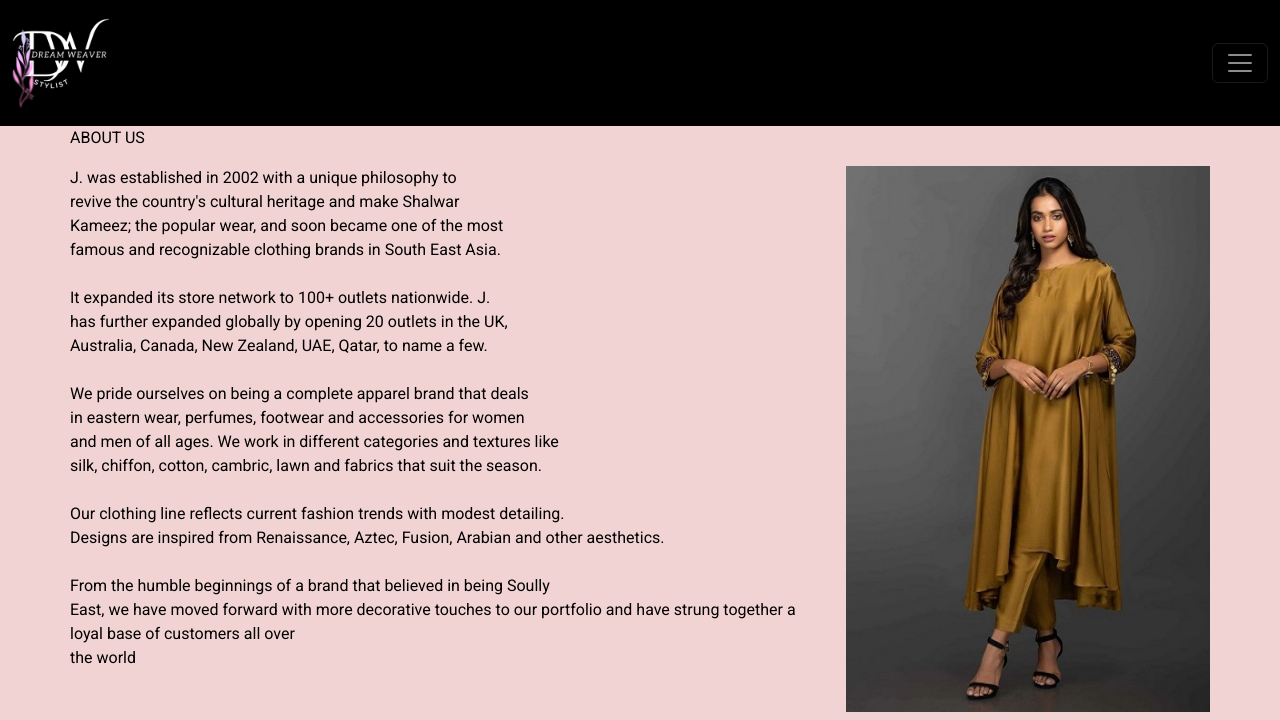
Repository: laibaashraf90/dreamweaver
Page: Source Code/detail.html
An editor plug-in stored every save of this project. The page is shown before and after a run of saves, followed by the edit.
The browser window is 1280 px wide. The pictures show the whole page.

Above is the page before, as saved 2022-10-29 17:27:38.
Console error: TypeError: Cannot set properties of null (setting 'innerHTML')

### Source Code/detail.html
<!DOCTYPE html>
<html lang="en">
  <head>
    <meta charset="UTF-8">
    <meta http-equiv="X-UA-Compatible" content="IE=edge">
    <meta name="viewport" content="width=device-width, initial-scale=1.0">
    <title>Document</title>
    <link rel="stylesheet" href="./bootstrap-5.2.2-dist/css/bootstrap.min.css">
    <link rel="stylesheet"
      href="https://cdnjs.cloudflare.com/ajax/libs/font-awesome/6.2.0/css/all.min.css">
    <link rel="stylesheet" href="style.css">
  </head>
  <body>
    <!-- Swiper Style start -->

    <!-- Demo styles -->
    <style>
      *{
        margin: 0;
        padding: 0;
      }
       html,

    body {
      position: relative;
      /* height: 100%; */
    }

    body {
      background: #f2d3d3;
      font-family: Helvetica Neue, Helvetica, Arial, sans-serif;
      /* font-size: 14px; */
      color: black;
      margin: 0;
      padding: 0;
    }

    .card {
      color: white;
      font-weight: bold;
      text-align: center;
    }

    .png {
      width: 100px;
      height: 100px;
      margin-bottom: 60%;
    }
 h1{
  background-color: #0B3F32;
    font-size: 30px;
    text-align: center;
    align-items: baseline;
    height: 40px;
    color: aliceblue;
    margin-top: 50px;
    margin-left: 130px;
    width: 50%;
    font-family: Cambria, Cochin, Georgia, Times, 'Times New Roman', serif;
 }
 /* .picdiv{
  background-color: #f2d3d3;
  margin-top: 60px;
  margin-left: 550px;
margin-bottom: 10px;
 } */
    </style>
    <!-- Nav Bar Start -->
    <nav></nav>
    <!-- Nav Bar End -->

    <div class="container p-sm-0 p-2">
      <p class="headingAbout">ABOUT US <br></p>

      <div class="row">
        <div class="col-sm-8 m-0">
          <p class="m-0">J. was established in 2002 with a unique philosophy to<br>
            revive
            the country's cultural heritage and make
            Shalwar<br>Kameez; the popular wear, and soon became one of the most<br>famous
            and recognizable clothing
            brands in South East Asia.
            <br>
            <br>
            It expanded its store network to 100+ outlets nationwide. J.<br>has
            further expanded globally by opening 20
            outlets in the UK,<br>Australia, Canada, New Zealand, UAE, Qatar, to
            name a few.
            <br>
            <br>
            We pride ourselves on being a complete apparel brand that deals<br>in
            eastern wear, perfumes, footwear and
            accessories for women<br>and men of all ages. We work in different
            categories and textures like<br>silk,
            chiffon, cotton, cambric, lawn and fabrics that suit the season.
            <br>
            <br>
            Our clothing line reflects current fashion trends with modest
            detailing.<br>Designs are inspired from
            Renaissance, Aztec, Fusion, Arabian and other aesthetics.
            <br>
            <br>
            From the humble beginnings of a brand that believed in being Soully<br>East,
            we have moved forward with
            more decorative touches to our portfolio and have strung together a
            loyal base of customers all over<br>the
            world
          </p>
        </div>
        <div class="col-sm-4">
          <img style="width: 100%;" src="./imges/s1.jpg" alt="">
        </div>
      </div>
    </div>



    <!-- <div class="con">
      <div class="para">
        <h1>ABOUT US <br></h1>
        <h2>J. was established in 2002 with a unique philosophy to<br> revive
          the country's cultural heritage and make
          Shalwar<br>Kameez; the popular wear, and soon became one of the most<br>famous
          and recognizable clothing
          brands in South East Asia.
          <br>
          <br>
          It expanded its store network to 100+ outlets nationwide. J.<br>has
          further expanded globally by opening 20
          outlets in the UK,<br>Australia, Canada, New Zealand, UAE, Qatar, to
          name a few.
          <br>
          <br>
          We pride ourselves on being a complete apparel brand that deals<br>in
          eastern wear, perfumes, footwear and
          accessories for women<br>and men of all ages. We work in different
          categories and textures like<br>silk,
          chiffon, cotton, cambric, lawn and fabrics that suit the season.
          <br>
          <br>
          Our clothing line reflects current fashion trends with modest
          detailing.<br>Designs are inspired from
          Renaissance, Aztec, Fusion, Arabian and other aesthetics.
          <br>
          <br>
          From the humble beginnings of a brand that believed in being Soully<br>East,
          we have moved forward with
          more decorative touches to our portfolio and have strung together a
          loyal base of customers all over<br>the
          world
        </h2>
      </div>
      <div class="silk">
        <img src="./imges/s1.jpg" alt="">
      </div>
    </div> -->
    <!-- <div class="smallcard">
      <div class="div1"><img src="./imges/t1.jpg" alt=""></div>
      <div class="picdiv"><img src="./imges/t6.jpg" alt=""></div>
      <div class="div2"><img src="./imges/t2.jpg" alt=""></div>
      <div class="div3"><img src="./imges/thread.jpg" alt=""></div>
      <div class="div4"><img src="./imges/t4.jpg" alt=""></div>
      <div class="div5"><img src="./imges/t3.jpg" alt=""></div>
    </div> -->
    <!-- Footer Start -->
    <!-- <footer></footer> -->
    <!-- Footer End -->
    <script src="./bootstrap-5.2.2-dist/js/bootstrap.min.js"></script>
    <script src="js/header.js"></script>
    <script src="js/footer.js"></script>
  </body>
</html>

### Source Code/style.css
@import url('https://fonts.googleapis.com/css2?family=Roboto&display=swap');
*{
    user-select: none;
    box-sizing: border-box;
    margin: 0;
    padding: 0;
    transition: all 0.3s ease;
    text-decoration: none !important;
    font-family: 'Roboto', sans-serif;
}
html{
    scroll-behavior: smooth;
}
body{
    background-color: rgb(245, 208, 214);
}
nav{
    background-color: black !important;
}
nav .logo{
    width: 100px;
}
nav .navbar-toggler:focus{
    box-shadow: none;
}
.nav1{
    background-color: #0B3F32;
    margin-top: 50px;
    font-size: 25px;
    text-align: center;
    align-items: baseline;
    height: 40px;
    color: aliceblue;
    margin-left: 20px;
    margin-right: 20px;
    font-family: Cambria, Cochin, Georgia, Times, 'Times New Roman', serif;
}
.nav2{
    background-color: #0B3F32;
    font-size: 25px;
    text-align: center;
    align-items: baseline;
    height: 40px;
    color: aliceblue;
    margin-top: 40px;
    margin-left: 20px;
    margin-right: 20px;
    font-family: Cambria, Cochin, Georgia, Times, 'Times New Roman', serif;

}
.nav3{
    background-color: #0B3F32;
    font-size: 25px;
    text-align: center;
    align-items: baseline;
    height: 40px;
    color: aliceblue;
    margin-top: 50px;
    margin-left: 20px;
    margin-right: 20px;
    font-family: Cambria, Cochin, Georgia, Times, 'Times New Roman', serif;
}
.nav4{
    background-color: #0B3F32;
    font-size: 25px;
    text-align: center;
    align-items: baseline;
    height: 40px;
    color: aliceblue;
    margin-top: 40px;
    margin-left: 20px;
    margin-right: 20px;
    font-family: Cambria, Cochin, Georgia, Times, 'Times New Roman', serif;
}
.nav5{
    background-color: #0B3F32;
    font-size: 25px;
    text-align: center;
    align-items: baseline;
    height: 40px;
    color: aliceblue;
    margin-top: 40px;
    margin-left: 20px;
    margin-right: 20px;
    font-family: Cambria, Cochin, Georgia, Times, 'Times New Roman', serif;
}
.nav6{
    background-color: #0B3F32;
    font-size: 25px;
    text-align: center;
    align-items: baseline;
    height: 40px;
    color: aliceblue;
    margin-top: 40px;
    margin-left: 20px;
    margin-right: 20px;
    font-family: Cambria, Cochin, Georgia, Times, 'Times New Roman', serif;
}
h5{
    color: black;
    font-size: 30px;
    font-weight: bolder;
    font-family: Cambria, Cochin, Georgia, Times, 'Times New Roman', serif;

}
.BTN1{
  font-size: large;
    background-color:#0B3F32;
    font-weight: bold;
    font-family:Cambria, Cochin, Georgia, Times, 'Times New Roman', serif;
}
.BTN2{
    background-color:#0B3F32;
    font-size: large;
    font-weight: bold;
    font-family:Cambria, Cochin, Georgia, Times, 'Times New Roman', serif;
    color: white;
}
.BTN1:hover{
background-color: #0B3F32;
font-family: monospace;
}
.BTN2:hover{
    background-color: #0B3F32;
    font-family: monospace;
    font-size: large;
    font-weight: bold;
    color: white;
}
.cardsection{
    border-radius: 10px;
    background-color: white;
    background: rgba( 255, 255, 255, 0.25 );
    box-shadow: 0 8px 32px 0 rgba( 31, 38, 135, 0.37 );
    backdrop-filter: blur( 4px );
    -webkit-backdrop-filter: blur( 4px );
    border-radius: 10px;
    border: 1px solid rgba( 255, 255, 255, 0.18 );
}
.text-center{
    size: 100%;
    color:gray;
    text-align: center;
}
.star1:hover{
    color: gold;
}
.star2:hover{
    color: gold;
}
.star3:hover{
    color: gold;
}
.star4:hover{
    color: gold;
}
.star5:hover{
    color: gold;
}
.star6:hover{
    color: gold;
}
.card-title{
    text-align: center;
    font-size: 20px;
}
.text-center1{
    text-align: center;
 font-size: 30px;
 font-family: Cambria, Cochin, Georgia, Times, 'Times New Roman', serif;
}
.card-img-top {
    border-radius: 20px;
    margin-top: 5%;
}
.home{
    transition: 2s;
}
.home:hover{
transform: scale(1.2);
/*(150% zoom - Note: if the zoom is too large, it will go outside of the viewport)*/
}




.con{
    display: grid;
    grid-template-columns: 1fr 1fr ;
    grid-template-rows: 300px 300px ;
}
.silk{
    width: 50%;
    height: 600px;
    margin-top: 150px;
    margin-left: 0px;
}
h1{
    background-color: #0B3F32;
margin-top: 60px;
    text-align: center;
    font-family: Cambria, Cochin, Georgia, Times, 'Times New Roman', serif;
    font-weight: bold;
    font-size: 25px;
}
h2{
    width: 550px;
    margin-top: 60px;
    font-size: medium;
    font-weight:bold;
    font-family: Cambria, Cochin, Georgia, Times, 'Times New Roman', serif;
}
.div1{
    background-color: #0B3F32;
    width: 150px;
    height: 100px;
margin-top: 10px;
}
.div2{
    background-color: #0B3F32;
    width: 150px;
    height: 100px;
margin-top: -470px;
}
.div3{
    background-color: #0B3F32;
    width: 150px;
    height: 100px;
margin-top: 25px;
}
.div4{
    background-color: #0B3F32;
    width: 150px;
    height: 100px;
margin-top: 20px;
}
.div5{
    background-color: #0B3F32;
    width: 150px;
    height: 100px;
margin-top: 25px;
margin-bottom: 20px;
}

.pic{
background-color: #0B3F32;
width: 660%;
height: 600px;
margin-top:-600px;
margin-left:670px;
}
footer{
    background: #0B3F32 ;
}
footer .logo{
    width: 120px;
    border-radius: 10px;
    box-shadow: 0 5px 10px rgba(0, 0, 0, 0.8);
}
footer .title{
    font-size: 2.0em;
    font-weight: bold;
    color: #fff;
    text-transform: uppercase;
}
footer .desc{
    margin-left: 10px;
    text-align: justify;
    font-weight: bold;
    color: rgba(214, 214, 214, 0.705);
    font-size: 1.0em;
}
footer .linkContainer{
    display: flex;
    flex-direction: column;
    align-items: flex-start;
    justify-content: center;
}
footer .linkContainer a{
    text-decoration: none;
    text-transform: capitalize;
    color: rgba(255, 255, 255, 0.589);
    width: 100%;
    text-align: center;
    font-size: 1.2em;
    border-radius: 5px;
    box-shadow: 0 0 10px rgba(0, 0, 0, 0.3) inset;
    padding: 5px 0;
    margin: 3px 0;
}
footer .linkContainer a:hover{
    letter-spacing: 1px;
}
footer input{
    width: 100%;
    border: 2px solid #fff !important;
    box-shadow: 0 0 10px rgba(0, 0, 0, 0.2) inset !important;
    background-color: rgba(255, 255, 255, 0.253) !important;
    color: rgba(255, 255, 255, 0.8) !important;
    text-transform: lowercase !important;
    margin-bottom: 10px !important;
    padding: 5px;
    border-radius: 5px;
    outline: none;
}
footer input::placeholder{
    color: rgba(255, 255, 255, 0.6);
}
footer button{
    outline: none;
    font-size: 1.0em;
    margin-top: 0px;
    width: auto;
    border-radius: 50px;
    background-color: rgba(70, 145, 68, 0.5) !important;
    color: rgba(255, 255, 255, 0.8) !important;
    border: 2px solid #fff !important;
    padding: 5px;
}
footer .social-icons{
    color: rgba(255, 255, 255, 0.5);
    text-shadow: 0 2px 5px rgba(0, 0, 0, 0.5);
}
footer .social-icons i{
    font-size: 1.8em;
}

footer .znc{
    color: #fff;
}
.productImg{
    height: 100%;
    width: 100%;
    object-fit: cover;
}
.modPos{
    position: absolute;
    z-index: 10000;
}

### Source Code/js/header.js
document.querySelector("nav").classList.add("bfs")
document.querySelector("nav").classList.add("navbar")
document.querySelector("nav").classList.add("navbar-dark")
document.querySelector("nav").classList.add("sticky-top")
document.querySelector("nav").innerHTML=`
<div class="container-fluid">
      <a class="navbar-brand" href="">
        <img class="logo" src="./images/D.png">
      </a>
      <button class="navbar-toggler" type="button" data-bs-toggle="offcanvas" data-bs-target="#offcanvasDarkNavbar"
        aria-controls="offcanvasDarkNavbar">
        <span class="navbar-toggler-icon"></span>
      </button>
      <div class="offcanvas offcanvas-end text-bg-dark navbar-collapse" tabindex="-1" id="offcanvasDarkNavbar"
        aria-labelledby="offcanvasDarkNavbarLabel">
        <div class="offcanvas-header">
          <h5 class="offcanvas-title" id="offcanvasDarkNavbarLabel">Dark offcanvas</h5>
          <button type="button" class="btn-close btn-close-white" data-bs-dismiss="offcanvas"
            aria-label="Close"></button>
        </div>
        <div class="offcanvas-body">
          <ul class="navbar-nav justify-content-end flex-grow-1 pe-3">
            <li class="nav-item">
              <a class="nav-link active" aria-current="page" href="./index.html">Home</a>
            </li>
            <li class="nav-item">
              <a class="nav-link" href="./Orient _ Gul-Ahmed collection.html">Orient & Gul-Ahmed Women Collection</a>
            </li>


            <li class="nav-item">
              <a class="nav-link" href="./j.Asim Jofa Wedding Collection.html">J. & Asim Jofa Women Wedding
                Collection</a>
            </li>

            <li class="nav-item">
              <a class="nav-link" href="./women Jeans.html">Out Fitters & Zara's Women Jeans Collection</a>
            </li>

            <li class="nav-item">
              <a class="nav-link" href="j. mens formal_Wedding Collection.html">J.mens formal&Wedding Collection</a>
            </li>

            <li class="nav-item">
              <a class="nav-link" href="./gulahmedmens.html">Gul-Ahmed Mens Collection</a>
            </li>

            <li class="nav-item">
              <a class="nav-link" href="./mensjeans.html">Zara's Mens Shirts & Paint Collection</a>
            </li>


            <li class="nav-item">
              <a class="nav-link" href="./comparing.html">Comparing Page</a>
            </li>

            <li class="nav-item">
              <a class="nav-link" href="./detail.html">Details</a>
            </li>


            <li class="nav-item">
              <a class="nav-link" href="./contact.html">Contact</a>
            </li>

          </ul>

        </div>

`

### Source Code/js/footer.js
document.querySelector("footer").innerHTML = `
<div class="container py-5">
      <div class="row">
        <div class="col-md-4 d-flex align-items-center">
          <a href="index.html">
            <img class="logo" src="./images/D.png">
          </a>
          <p class="desc">This is Dream Weaver. We provide service of cloths.</p>
        </div>
        <div class="col-md-2">
          <h3 class="title">links</h3>
          <div class="linkContainer">
            <a href="./index.html">Home Page</a>
            <a href="./detail.html">Detail </a>
            <a href="./contact.html">ContactUs</a>
            <a href="./Comparing.html">Comparing</a>
          </div>
        </div>
        <div class="col-md-3">
          <h3 class="title">newslatter</h3>
          <form class="d-flex justify-content-center flex-column">
            <input type="email" maxlength="30" placeholder="Your Email Address" required>
            <button type="submit">SUBSCRIBE NOW</button>
          </form>
        </div>
        <div class="col-md-3 d-flex justify-content-center flex-column align-items-center">
          <h3 class="title">contact</h3>
          <p class="znc">02,shah faisal colony<br>
            3218 karachi, <br>Pakistan karachi</p>
          <div class="social-icons">
            <i class="fa-brands fa-facebook"></i>
            <i class="fa-brands fa-twitter"></i>
            <i class="fa-brands fa-instagram"></i>
            <i class="fa-brands fa-whatsapp"></i>
          </div>
        </div>
      </div>
    </div>
`

Loaded but not shown: Source Code/bootstrap-5.2.2-dist/css/bootstrap.min.css (library); Source Code/bootstrap-5.2.2-dist/js/bootstrap.min.js (library)

After the next 3 saves:
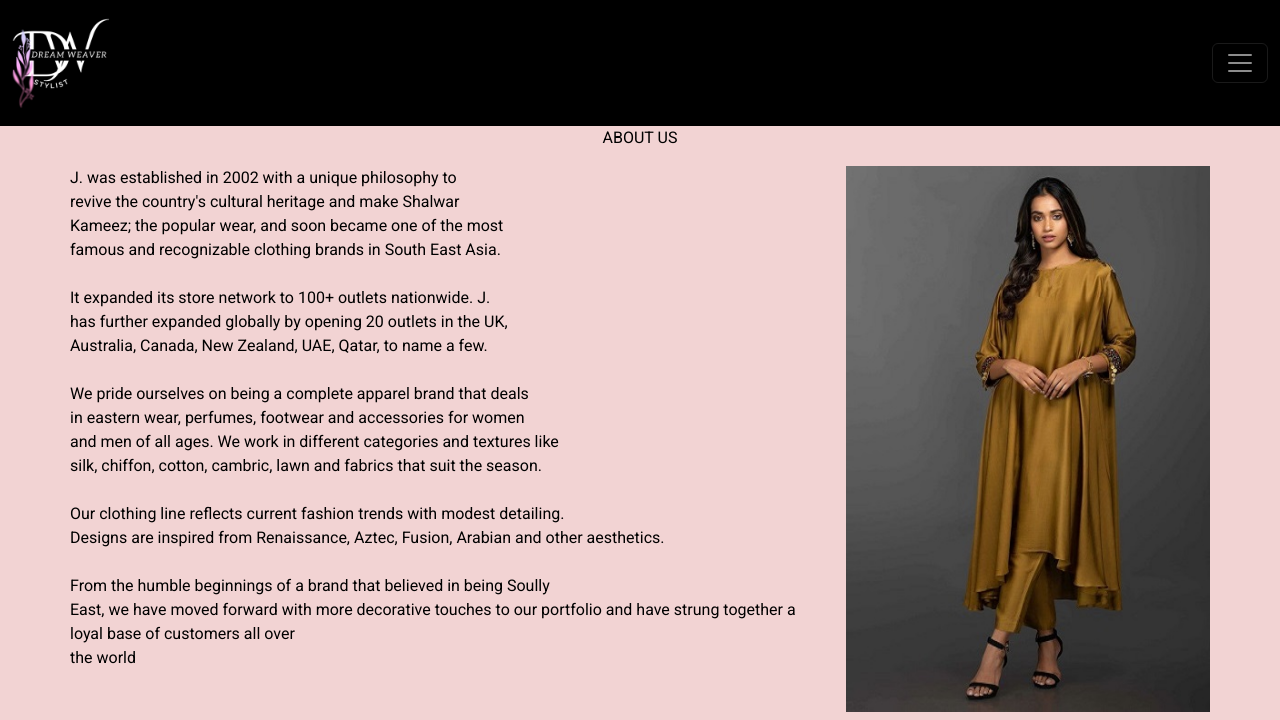
The 3 saves are shown as one change because they came seconds apart.
The last was saved 14 s later.
--- a/Source Code/detail.html
+++ b/Source Code/detail.html
@@ -58,6 +58,11 @@
     width: 50%;
     font-family: Cambria, Cochin, Georgia, Times, 'Times New Roman', serif;
  }
+.headingAbout{
+  text-align: center;
+}
+
+
  /* .picdiv{
   background-color: #f2d3d3;
   margin-top: 60px;
